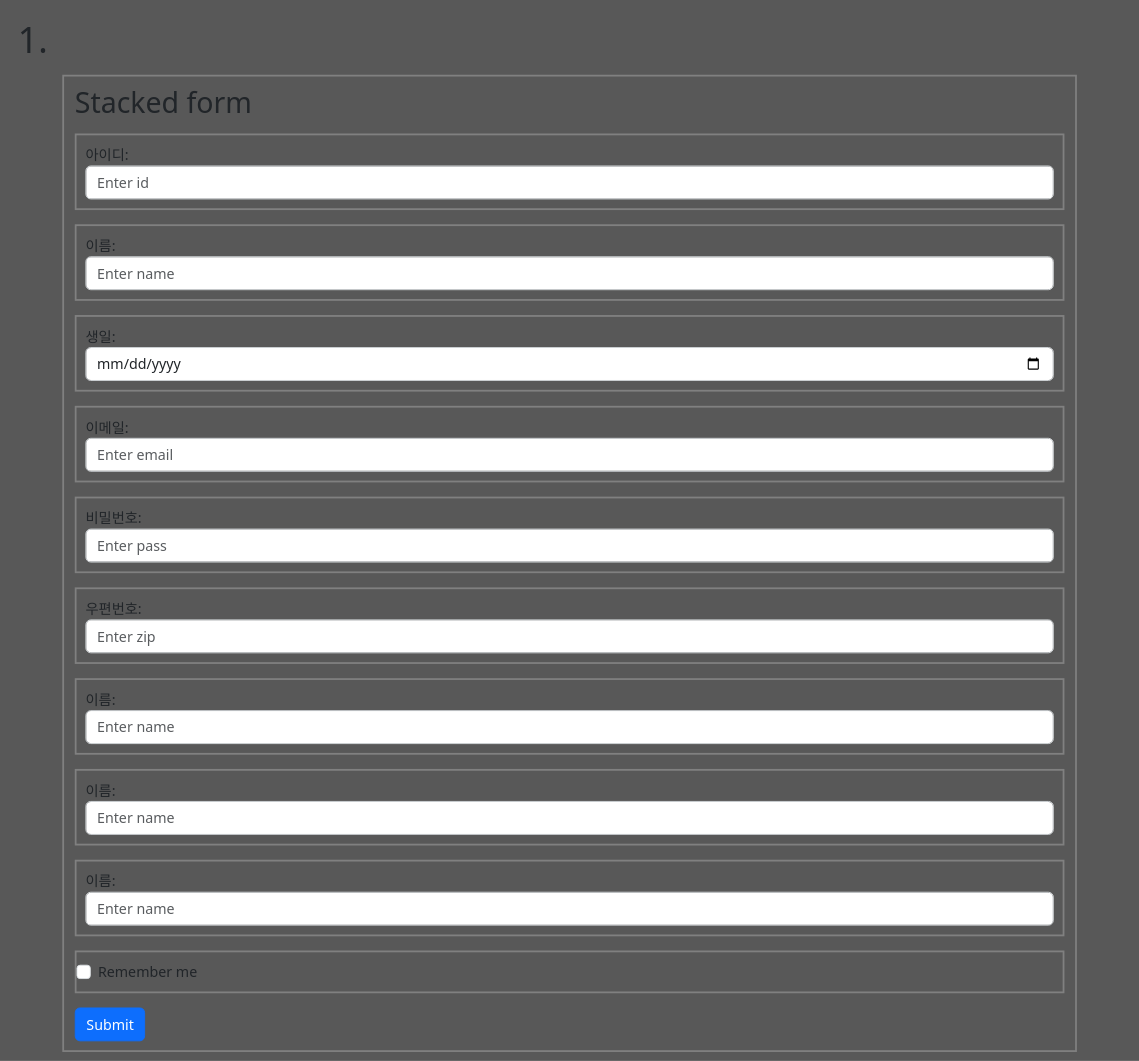
Repository: prawniel99/05_JQuery
Page: workspace/jqpro/WebContent/비동기6_ajax/join.html
An editor plug-in stored every save of this project. The page is shown before and after the next save, followed by the edit.
The browser window is 1280 px wide. The pictures show the whole page, at 89% of full size.

Above is the page before, as saved 2024-08-29 03:16:49.

### workspace/jqpro/WebContent/비동기6_ajax/join.html
<!DOCTYPE html>
<html lang="kr">
<head>
    <meta charset="UTF-8">
    <meta name="viewport" content="width=device-width, initial-scale=1.0">
    <title>Document</title>

    <link rel="stylesheet" href="../css/public.css">
    <script src="../js/jquery-3.7.1.js"></script>

    <!-- bootstrap -->
    <meta name="viewport" content="width=device-width, initial-scale=1">
	<link href="https://cdn.jsdelivr.net/npm/bootstrap@5.3.3/dist/css/bootstrap.min.css" rel="stylesheet">
	<script src="https://cdn.jsdelivr.net/npm/bootstrap@5.3.3/dist/js/bootstrap.bundle.min.js"></script>


	<style>

		body {

		}
	</style>

	<script>

	</script>

</head>

<body>

    <div class="box">
        <h1>
			1.
        </h1>

		<div class="container mt-3">
			<h2>Stacked form</h2>
			<form>
				<div class="mb-3 mt-3">
					<label for="id">아이디:</label>
					<input type="text" class="form-control" id="id" placeholder="Enter id" name="mem_id"> <!-- name은 db와 일치시킨 VO와 일치시켜야 한다 -->
				</div>

				<div class="mb-3 mt-3">
					<label for="name">이름:</label>
					<input type="text" class="form-control" id="name" placeholder="Enter name" name="mem_name"> <!-- name은 db와 일치시킨 VO와 일치시켜야 한다 -->
				</div>

				<div class="mb-3 mt-3">
					<label for="bir">생일:</label>
					<input type="date" class="form-control" id="bir" placeholder="Enter bir" name="mem_bir"> <!-- name은 db와 일치시킨 VO와 일치시켜야 한다 -->
				</div>

				<div class="mb-3 mt-3">
					<label for="email">이메일:</label>
					<input type="email" class="form-control" id="email" placeholder="Enter email" name="mem_mail"> <!-- name은 db와 일치시킨 VO와 일치시켜야 한다 -->
				</div>

				<div class="mb-3">
					<label for="pass">비밀번호:</label>
					<input type="password" class="form-control" id="pass" placeholder="Enter pass" name="pass">
				</div>

				<div class="mb-3 mt-3">
					<label for="zip">우편번호:</label>
					<input type="text" class="form-control" id="zip" placeholder="Enter zip" name="mem_zip"> <!-- name은 db와 일치시킨 VO와 일치시켜야 한다 -->
				</div>

				<div class="mb-3 mt-3">
					<label for="name">이름:</label>
					<input type="text" class="form-control" id="name" placeholder="Enter name" name="mem_name"> <!-- name은 db와 일치시킨 VO와 일치시켜야 한다 -->
				</div>

				<div class="mb-3 mt-3">
					<label for="name">이름:</label>
					<input type="text" class="form-control" id="name" placeholder="Enter name" name="mem_name"> <!-- name은 db와 일치시킨 VO와 일치시켜야 한다 -->
				</div>

				<div class="mb-3 mt-3">
					<label for="name">이름:</label>
					<input type="text" class="form-control" id="name" placeholder="Enter name" name="mem_name"> <!-- name은 db와 일치시킨 VO와 일치시켜야 한다 -->
				</div>

				<div class="form-check mb-3">
					<label class="form-check-label"> <input class="form-check-input" type="checkbox" name="remember">Remember me</label>
				</div>
				<button type="submit" class="btn btn-primary">Submit</button>
			</form>
		</div>

	</div>

</body>
</html>

### workspace/jqpro/WebContent/css/public.css
@charset "UTF-8";

body {
	background-color: black;
	color: rgb(233, 233, 233);
}

pre {
	text-align: left;
	font-weight: bold;
	border-left: none;
	border-right: none;
	border-top: 11px double rgba(120,20,20,1);
	border-bottom: 11px double rgba(120,20,20,1);
	background: rgb(222,222,222);
}

h1 {
	padding-left: 10px;
	padding-top: 10px;
}

h3 {
	margin: 10px;
	margin-bottom: 10px;
}

div {
	border: 2px solid grey;
	padding: 10px;
	/* margin: 10px; */
}

.box {
	border: none;
	/* background-image: linear-gradient(rgba(255,155,155), rgba(155,255,155)); */
	background-color: rgb(88, 88, 88);
	/* margin: 10px; */
	/* padding: 20px; */
}

.box input[type=button] {
	margin: 10px;
	background: rgb(40,40,40);
	color: rgb(233, 233, 233);
	font-size: 14px;
	/* padding: 0; */
	width: 100px;
	height: 30px;
	/* border-radius: 10px; */
}


#res {
	display: flex;
	flex-direction: row;
}

.item {
	flex: 25%;
	margin: 3px;
	padding: 2px;
}

Loaded but not shown: workspace/jqpro/WebContent/js/jquery-3.7.1.js (library)

After the next save:
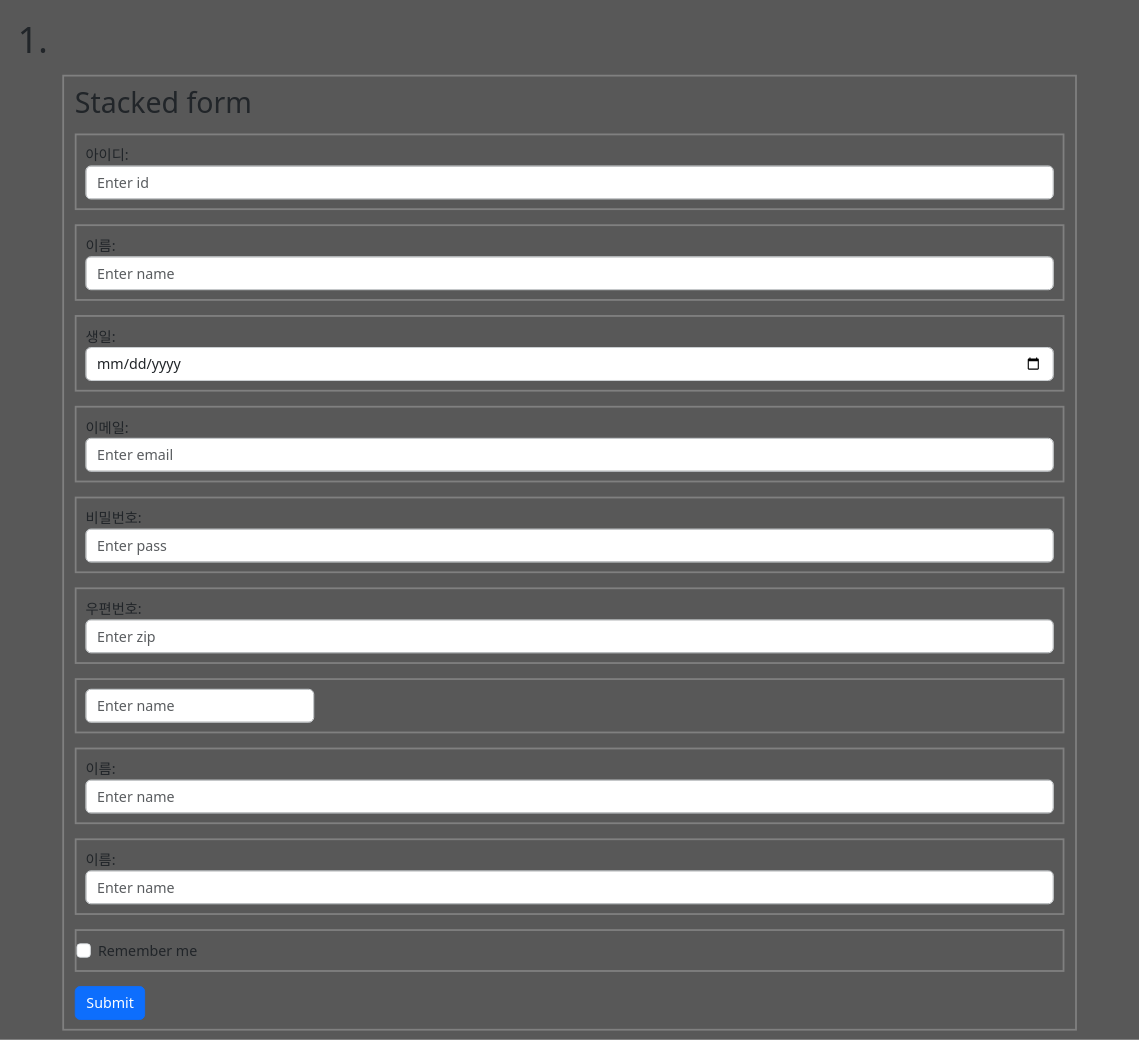
Saved 18 s later.
--- a/workspace/jqpro/WebContent/비동기6_ajax/join.html
+++ b/workspace/jqpro/WebContent/비동기6_ajax/join.html
@@ -68,7 +68,7 @@
 				</div>
 
 				<div class="mb-3 mt-3">
-					<label for="name">이름:</label>
+					<label for="name"w:</label>
 					<input type="text" class="form-control" id="name" placeholder="Enter name" name="mem_name"> <!-- name은 db와 일치시킨 VO와 일치시켜야 한다 -->
 				</div>
 

After the save that followed:
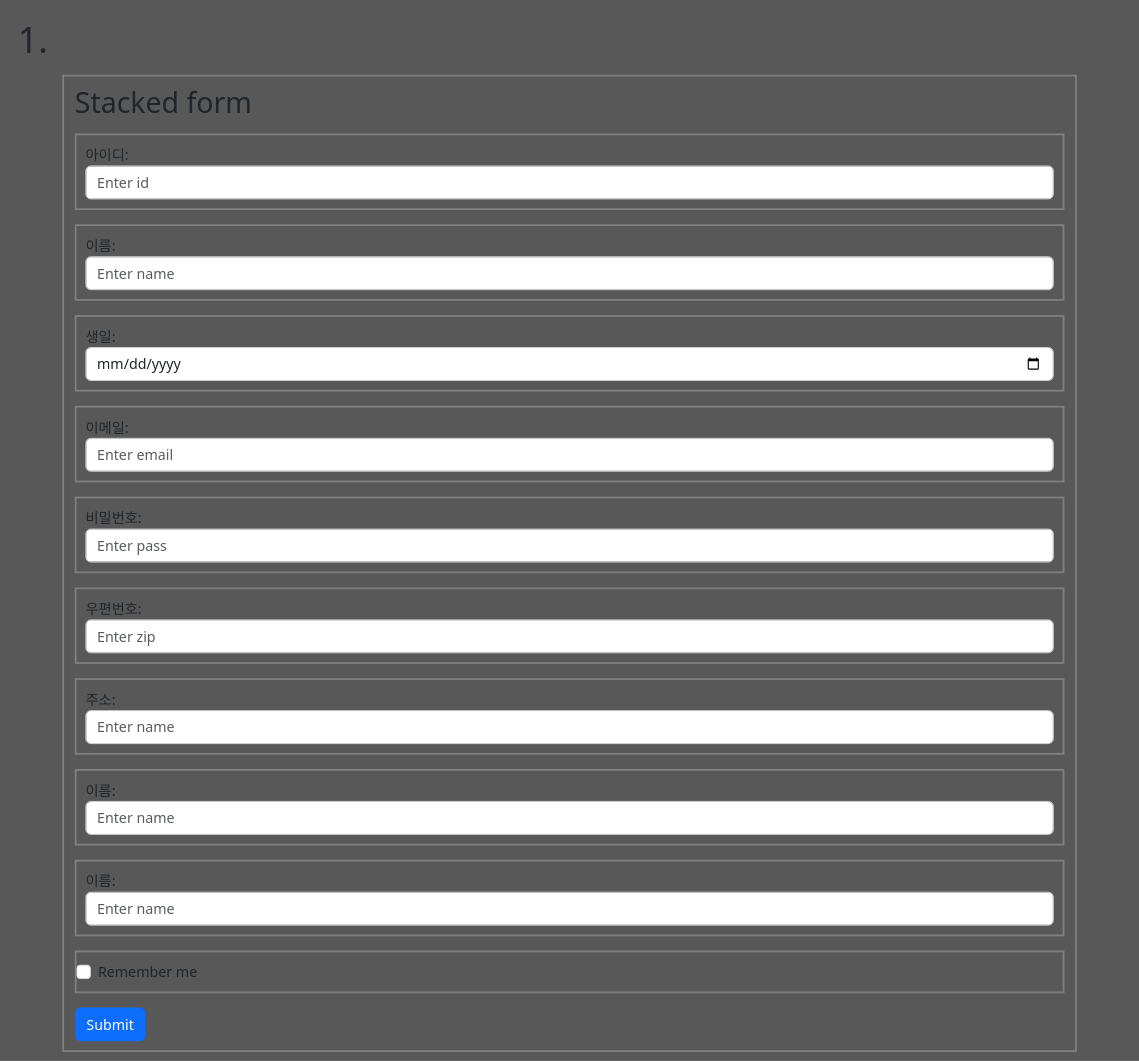
Saved 5 s later.
--- a/workspace/jqpro/WebContent/비동기6_ajax/join.html
+++ b/workspace/jqpro/WebContent/비동기6_ajax/join.html
@@ -68,7 +68,7 @@
 				</div>
 
 				<div class="mb-3 mt-3">
-					<label for="name"w:</label>
+					<label for="name">주소:</label>
 					<input type="text" class="form-control" id="name" placeholder="Enter name" name="mem_name"> <!-- name은 db와 일치시킨 VO와 일치시켜야 한다 -->
 				</div>
 
